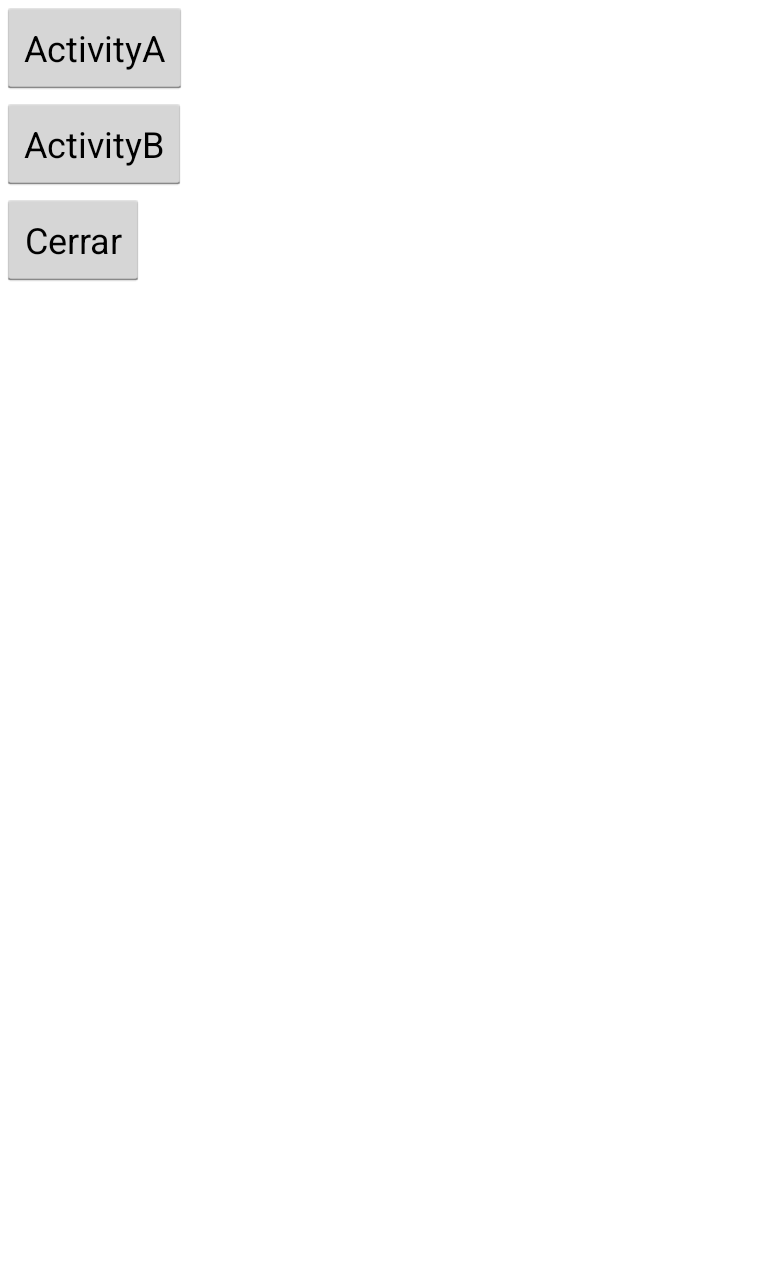
Repository: iracom/ejercicios-android
Layout: CicloDeVida/res/layout/activity_c.xml
An editor plug-in stored every save of this project. The layout is shown before and after the next save, followed by the edit.
It is drawn on a 768 x 1280 px phone screen (xhdpi) without system bars, with theme AppTheme; the app's code is not run.

Above is the layout before, as saved 2014-05-06 08:52:07.

### CicloDeVida/res/layout/activity_c.xml
<LinearLayout xmlns:android="http://schemas.android.com/apk/res/android"
    xmlns:tools="http://schemas.android.com/tools"
    android:id="@+id/container"
    android:layout_width="match_parent"
    android:layout_height="match_parent"
    android:orientation="vertical"
    tools:context="com.iraitzcompains.ciclodevida.ActivityC"
    tools:ignore="MergeRootFrame" >

    <Button
        android:id="@+id/button1"
        android:layout_width="wrap_content"
        android:layout_height="wrap_content"
        android:text="@string/boton_a"
        android:onClick="abrirA"/>

    <Button
        android:id="@+id/button2"
        android:layout_width="wrap_content"
        android:layout_height="wrap_content"
        android:text="@string/boton_b"
        android:onClick="abrirB"/>

    <Button
        android:id="@+id/button3"
        android:layout_width="wrap_content"
        android:layout_height="wrap_content"
        android:text="@string/boton_cerrar"
        android:onClick="cerrar"/>

</LinearLayout>

### CicloDeVida/res/values/strings.xml
<?xml version="1.0" encoding="utf-8"?>
<resources>

    <string name="app_name">CicloDeVida</string>
    <string name="hello_world">Hello world!</string>
    <string name="action_settings">Settings</string>
    <string name="title_activity_b">ActivityB</string>
    <string name="boton_a">ActivityA</string>
    <string name="boton_b">ActivityB</string>
    <string name="boton_c">ActivityC</string>
    <string name="boton_cerrar">Cerrar</string>
    <string name="title_activity_c">ActivityC</string>

</resources>

Loaded but not shown: CicloDeVida/res/values/styles.xml (common file); CicloDeVida/res/values-v11/styles.xml (common file); CicloDeVida/res/values-v14/styles.xml (common file)

After the next save:
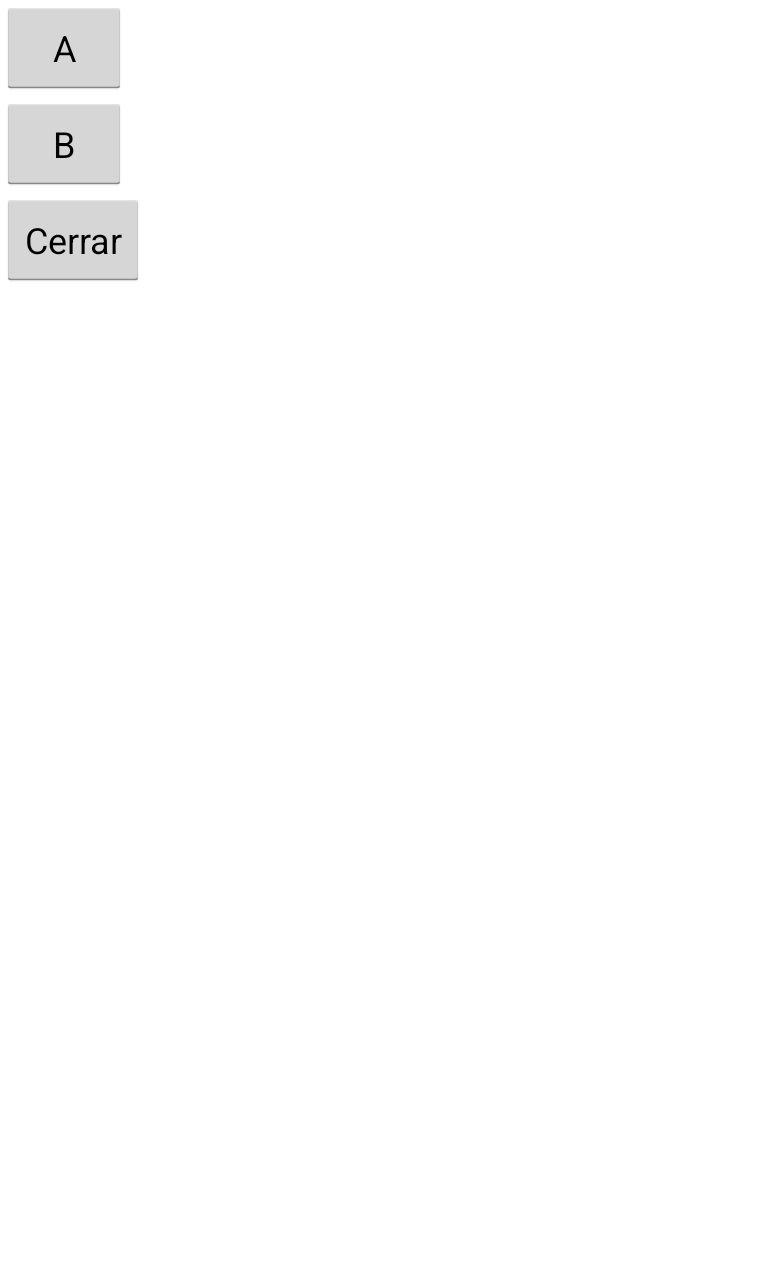
Saved 50 s later.
--- a/CicloDeVida/res/values/strings.xml
+++ b/CicloDeVida/res/values/strings.xml
@@ -5,9 +5,9 @@
     <string name="hello_world">Hello world!</string>
     <string name="action_settings">Settings</string>
     <string name="title_activity_b">ActivityB</string>
-    <string name="boton_a">ActivityA</string>
-    <string name="boton_b">ActivityB</string>
-    <string name="boton_c">ActivityC</string>
+    <string name="boton_a">A</string>
+    <string name="boton_b">B</string>
+    <string name="boton_c">C</string>
     <string name="boton_cerrar">Cerrar</string>
     <string name="title_activity_c">ActivityC</string>
 
